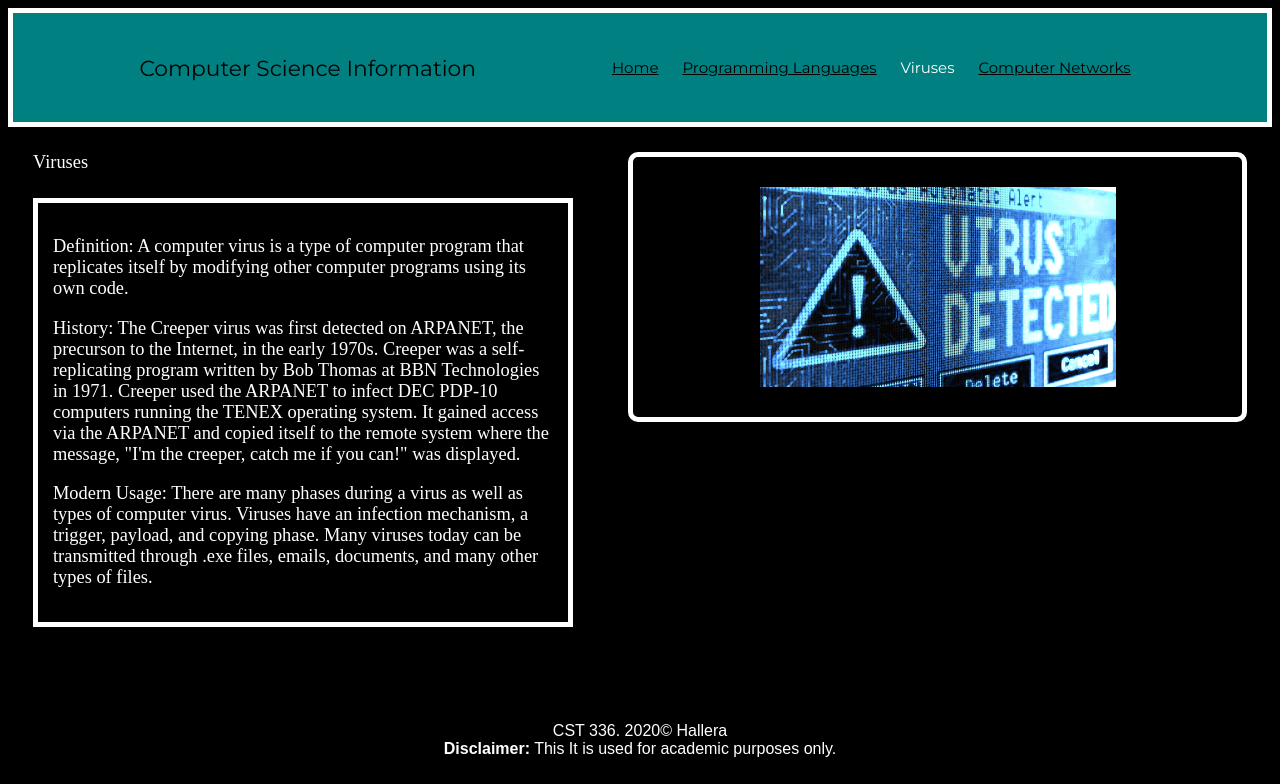
Repository: ElijahHallera/336-Internet-Prog
Page: cst336_spring2020Assignment1-master/cst336_spring2020Assignment1-master/HalleraAssignment1/environment/Viruses.html
The author's editor kept a record of every edit. The page is drawn from the files as they stood at one moment, then again after the next edit.
The browser window is 1280 px wide. The pictures show the whole page.

Above is the page before.

After the next edit:
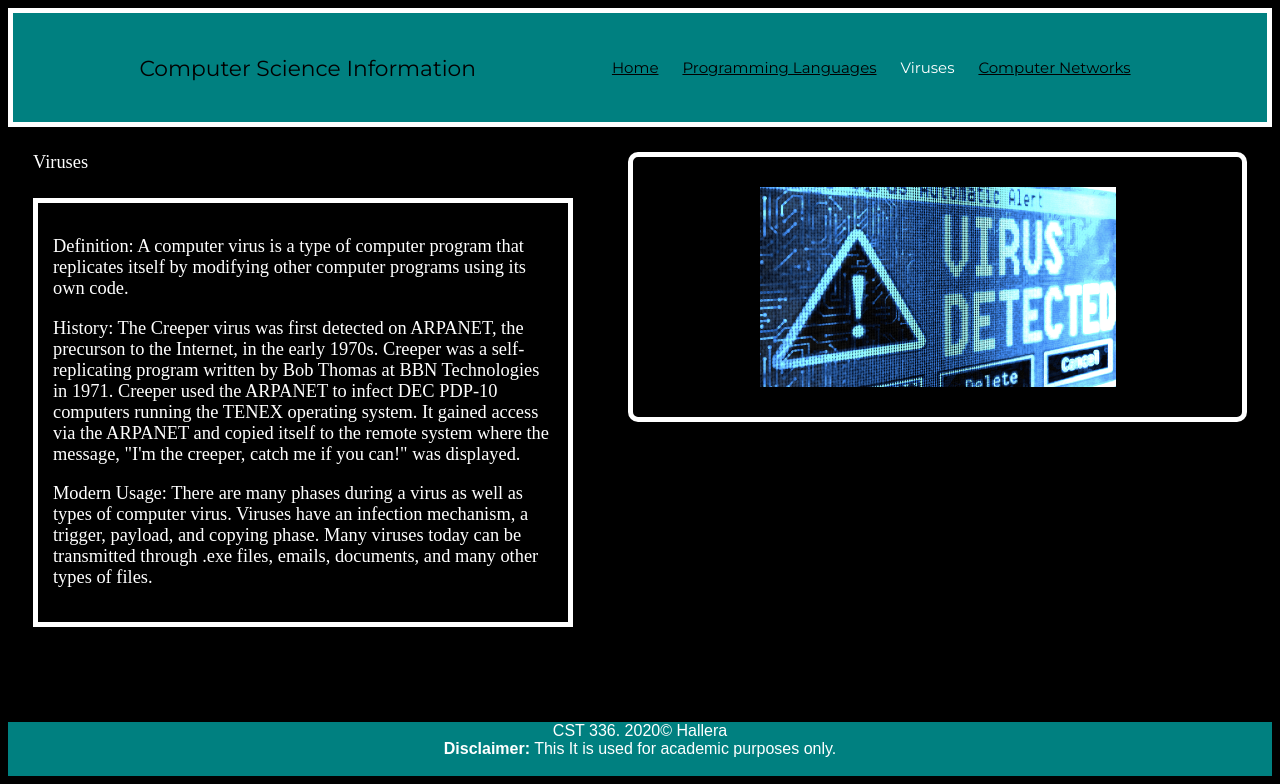
The edit:
--- a/cst336_spring2020Assignment1-master/cst336_spring2020Assignment1-master/HalleraAssignment1/environment/css/design.css
+++ b/cst336_spring2020Assignment1-master/cst336_spring2020Assignment1-master/HalleraAssignment1/environment/css/design.css
@@ -103,6 +103,7 @@
 }
 
 footer {
+    background-color: teal;
     clear: left;
     text-align: center;
     font-family: 'Source Sans Pro', sans-serif;
